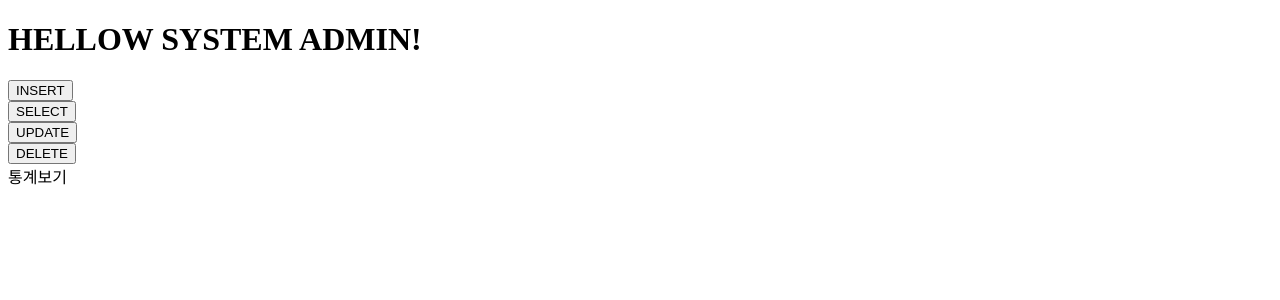
Repository: CISXO/JSP
Page: http://localhost/DB_Project/Sys_admin.jsp
These files come from the project's save history. The page is drawn as it stood at one moment and after the next save; the edit follows.
The browser window is 1280 px wide. The pictures show the whole page.
The page is served by Tomcat 9.

Above is the page before, as saved 2022-12-18 22:39:55.

### DbProject/DB_Project/src/main/webapp/Sys_admin.jsp
<%@ page language="java" contentType="text/html; charset=EUC-KR"
    pageEncoding="EUC-KR"%>
<!DOCTYPE html>
<html>
<head>
<meta charset="EUC-KR">
<title>Insert title here</title>
</head>
<body>
<h1>HELLOW SYSTEM ADMIN!</h1>

<div>
<button>INSERT</button>
</div>
<div>
<button>SELECT</button>
</div>
<div>
<button>UPDATE</button>
</div>
<div>
<button>DELETE</button>
</div>
<div>통계보기<!-- count --></div>

</body>
</html>

After the next save:
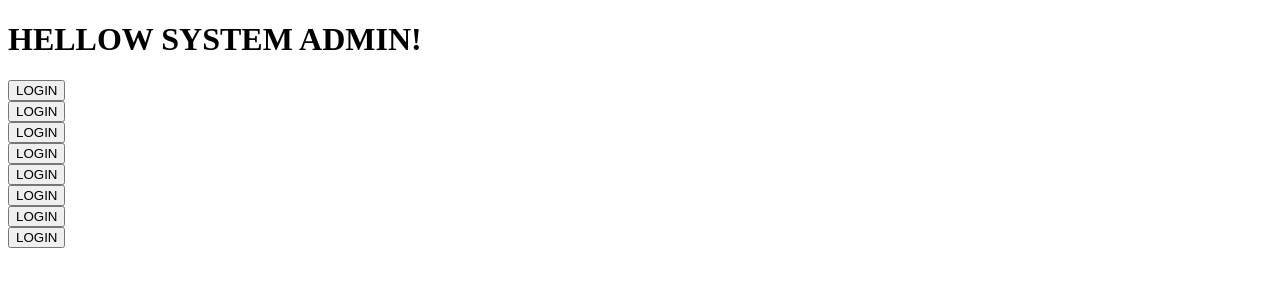
Saved 119 s later.
--- a/DbProject/DB_Project/src/main/webapp/Sys_admin.jsp
+++ b/DbProject/DB_Project/src/main/webapp/Sys_admin.jsp
@@ -9,19 +9,29 @@
 <body>
 <h1>HELLOW SYSTEM ADMIN!</h1>
 
-<div>
-<button>INSERT</button>
-</div>
-<div>
-<button>SELECT</button>
-</div>
-<div>
-<button>UPDATE</button>
-</div>
-<div>
-<button>DELETE</button>
-</div>
-<div>통계보기<!-- count --></div>
-
+            <div class="loginButtonBox">
+                <button id="loginButton" type="submit">LOGIN</button>
+            </div>
+                        <div class="loginButtonBox">
+                <button id="loginButton" type="submit">LOGIN</button>
+            </div>
+                        <div class="loginButtonBox">
+                <button id="loginButton" type="submit">LOGIN</button>
+            </div>
+                        <div class="loginButtonBox">
+                <button id="loginButton" type="submit">LOGIN</button>
+            </div>
+                        <div class="loginButtonBox">
+                <button id="loginButton" type="submit">LOGIN</button>
+            </div>
+                        <div class="loginButtonBox">
+                <button id="loginButton" type="submit">LOGIN</button>
+            </div>
+                        <div class="loginButtonBox">
+                <button id="loginButton" type="submit">LOGIN</button>
+            </div>
+                        <div class="loginButtonBox">
+                <button id="loginButton" type="submit">LOGIN</button>
+            </div>
 </body>
 </html>
